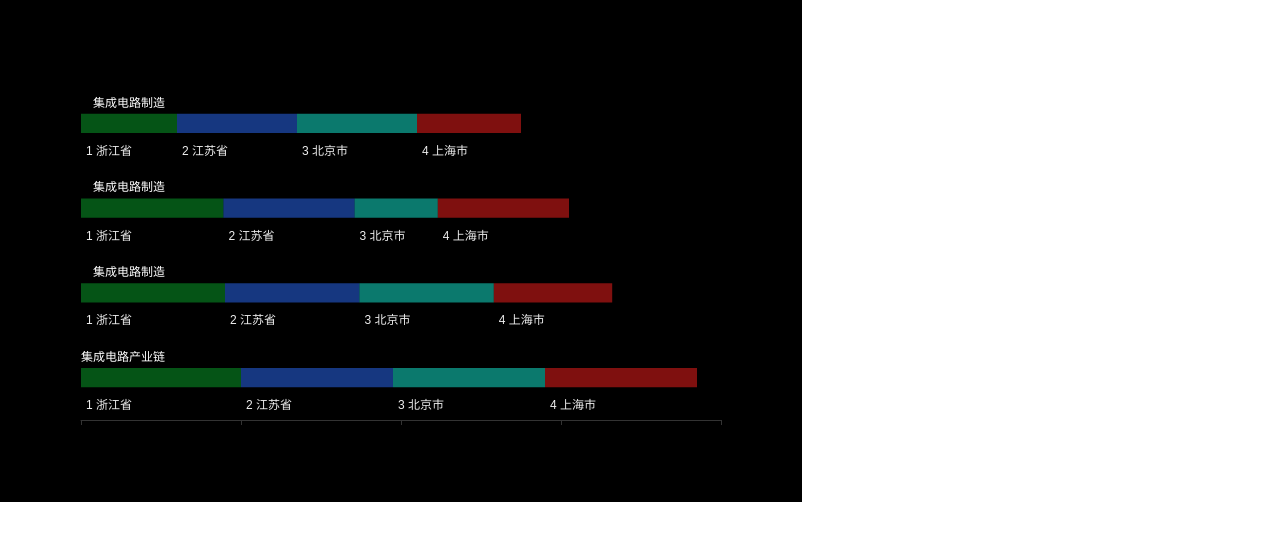
Repository: 572031690/echartproj
Page: /#/test
An editor plug-in stored every save of this project. The page is shown before and after the next save, followed by the edit.
The browser window is 1280 px wide. The pictures show the whole page.
The project was rebuilt for these pictures with package versions that can differ from the ones it lists, and the page was loaded fresh each time. Also part of the build but not shown: vue.config.js, src/components/Seller.vue, src/views/SellerPage.vue, src/utils/theme_utils.js, src/components/Trend.vue, src/views/TrendPage.vue, src/utils/map_utils.js, src/components/Map.vue and 9 more.

Above is the page before, as saved 2021-08-03 11:55:14.

### public/index.html
<!DOCTYPE html>
<html lang="en">
  <head>
    <meta charset="utf-8">
    <meta http-equiv="X-UA-Compatible" content="IE=edge">
    <meta name="viewport" content="width=device-width,initial-scale=1.0">
    <link rel="icon" href="<%= BASE_URL %>favicon.ico">
    <title><%= htmlWebpackPlugin.options.title %></title>
  </head>
  <body>
    <noscript>
      <strong>We're sorry but <%= htmlWebpackPlugin.options.title %> doesn't work properly without JavaScript enabled. Please enable it to continue.</strong>
    </noscript>
    <div id="app"></div>
    <!-- built files will be auto injected -->
    <!-- 一旦通过script标签引入的echarts.js的文件之后呢, window.echarts -->
    <script src="static/lib/echarts.min.js"></script>
    <!-- 引入主题的js文件 -->
    <script src="static/theme/chalk.js"></script>
    <script src="static/theme/vintage.js"></script>
  </body>
</html>

### src/main.js
import Vue from 'vue'
import App from './App.vue'
import router from './router'
import store from './store'
// 引入字体的文件
import './assets/font/iconfont.css'
// 引入全局的样式文件
import './assets/css/global.less'
import axios from 'axios'
import SocketService from './utils/socket_service'

// 调用socket **********
// import SocketService from '@/utils/socket_service'
// 对服务端进行webSocket连接 *********
// SocketService.Instance.connect()
// Vue.prototype.$socket = SocketService.Instance

// 请求基准路径的配置
axios.defaults.baseURL = 'http://127.0.0.1:8888/api/'
// 将axios挂载到Vue的原型对象上
// 在别的组件中 this.$http
Vue.prototype.$http = axios

// 将全局的echarts对象挂载到Vue的原型对象上
// 别的组件中 this.$echarts
Vue.prototype.$echarts = window.echarts

Vue.config.productionTip = false

new Vue({
  router,
  store,
  render: h => h(App)
}).$mount('#app')

### src/App.vue
<template>
  <div id="app">
    <!-- 路由占位符 -->
    <router-view></router-view>
  </div>
</template>

<style lang="less">

</style>

### src/router/index.js
import Vue from 'vue'
import VueRouter from 'vue-router'
import SellerPage from '@/views/SellerPage'
import TrendPage from '@/views/TrendPage'
import MapPage from '@/views/MapPage'
import RankPage from '@/views/RankPage'
import HotPage from '@/views/HotPage'
import StockPage from '@/views/StockPage'
import Test from '../components/Test.vue'
import ScreenPage from '@/views/ScreenPage'

Vue.use(VueRouter)

const routes = [
  {
    path: '/',
    redirect: '/screen'
  },
  {
    path: '/screen',
    component: ScreenPage
  },
  {
    path: '/sellerpage',
    component: SellerPage
  },
  {
    path: '/trendpage',
    component: TrendPage
  },
  {
    path: '/mappage',
    component: MapPage
  },
  {
    path: '/rankpage',
    component: RankPage
  },
  {
    path: '/hotpage',
    component: HotPage
  },
  {
    path: '/stockpage',
    component: StockPage
  },
  {
    path: '/test',
    component: Test
  }

]

const router = new VueRouter({
  routes
})

export default router

### src/store/index.js
import Vue from 'vue'
import Vuex from 'vuex'

Vue.use(Vuex)

export default new Vuex.Store({
  state: {
    theme: 'chalk'
  },
  mutations: {
    changeTheme (state) {
      if(state.theme === 'chalk'){
        state.theme = 'vintage'
      }else{
        state.theme = 'chalk'
      }
    }
  },
  actions: {
  },
  modules: {
  }
})

### src/assets/css/global.less
html, body, #app {
  width: 100%;
  height: 100%;
  padding: 0;
  margin: 0;
  overflow: hidden;
}

.com-page {
  width: 100%;
  height: 100%;
  overflow: hidden;
}

.com-container {
  width: 100%;
  height: 100%;
  overflow: hidden;
  position: relative;
}

.com-chart {
  width: 100%;
  height: 100%;
  overflow: hidden;
}

canvas {
  border-radius: 20px;
}

/*无法选中图片文字方法*/
span,div,img{
  user-select:none;
}

### src/utils/socket_service.js
export default class SocketService {
    // 单例的设计模式
    //如果别人通过get Instance 来的到我的实例对象 那我只会给他返回同一个实例对象
    static instance = null
    static get Instance() {
        if (!this.instance) {
            this.instance = new SocketService()
        }
        return this.instance
    }

    //和服务端连接的socket对象
    ws = null
    //存储回调函数
    callBackMapping = {}
    //定义连接服务器的方法
    connect() {
        //连接服务器
        if (!window.WebSocket) {
            return console.log('你的浏览器不支持WebSocket');
        }
        this.ws = new WebSocket('ws://localhost:9998')

        //连接服务端成功
        this.ws.onopen = () => {
            console.log('连接服务端成功');
        }
        //连接服务端失败
        this.ws.onclose = () => {
            console.log('连接服务端失败');
        }
        //得到服务端发送过来的数据
        this.ws.onmessage = msg => {
            console.log('从服务端获取数据');
            //得到的数据在msg的data里面
            // console.log(msg.data);
            const recvData = JSON.parse(msg.data)
            const socketType = recvData.socketType
            //判断回调函数是否存在
            if(this.callBackMapping[socketType]){
                const action = recvData.action
                if(action === 'getData') {
                    const realData = JSON.parse(recvData.data)
                    this.callBackMapping[socketType]
                }else if( action === 'fullScreen') {

                }else if(action === 'themeChange') {

                }
            }
        }
    }
    //回调函数的注册
    registerCallBack(socketType, callBack) {
        this.callBackMapping[socketType] = callBack
    }
    //取消某一个回调函数
    unRegisterCallBack(socketType) {
        this.callBackMapping[socketType] = null
    }

}

### src/components/Test.vue
<template>
  <div class="line-chart" ref="mybar">
    123
  </div>
</template>

<script>
export default {
  mounted() {
    this.getData()
    this.initChart()
  },
  data() {
    return {
      chartInstance: null,
      seriesData: [100, 120, 140, 90, 90, 80],
      barChart: {
        xAxisData: ['类别1', '类别2', '类别3', '类别4'],
        dataList: []
      },

      chartData1: [
        { rank: 1, name: '浙江省', value: 100 },
        { rank: 1, name: '江苏省', value: 90 },
        { rank: 1, name: '北京市', value: 89 },
        { rank: 1, name: '上海市', value: 60 }
      ],
      chartData2: [
        { rank: 2, name: '浙江省', value: 95 },
        { rank: 2, name: '江苏省', value: 84 },
        { rank: 2, name: '北京市', value: 82 },
        { rank: 2, name: '上海市', value: 75 }

      ],
      chartData3: [
        { rank: 3, name: '浙江省', value: 95 },
        { rank: 3, name: '江苏省', value: 84 },
        { rank: 3, name: '北京市', value: 52 },
        { rank: 3, name: '上海市', value: 75 }

      ],
      chartData4: [
        { rank: 4, name: '浙江省', value: 95 },
        { rank: 4, name: '江苏省', value: 74 },
        { rank: 4, name: '北京市', value: 82 },
        { rank: 4, name: '上海市', value: 65 }

      ],
      chartData5: [
        { rank: 5, name: '浙江省', value: 85.5 },
        { rank: 5, name: '江苏省', value: 44 },
        { rank: 5, name: '北京市', value: 72 },
        { rank: 5, name: '上海市', value: 75 }

      ],
      yAxisData: ['集成电路产业链', '集成电路制造', '集成电路制造', '集成电路制造']
    }
  },
  methods: {
    initChart() {
      const colorArr1 = [
        'rgba(11, 168, 44, 0.5)',
        'rgba(44, 110, 255, 0.5)',
        'rgba(22, 242, 217, 0.5)',
        'rgba(254, 33, 30, 0.5)',
        'rgba(250, 105, 0, 0.5)'
      ]
      const ChartsData = [
        {
          name: '第一列',
          data: this.chartData1
        },
        {
          name: '第一列',
          data: this.chartData2
        },
        {
          name: '第一列',
          data: this.chartData3
        },
        {
          name: '第一列',
          data: this.chartData4
        },
        {
          name: '第一列',
          data: this.chartData5
        }
      ]
      var serises = ChartsData.map((item, index) => {
        if (item.data[index]) {
          return {
            name: item.data[index].name,
            stack: '类1',
            barWidth: '23%', // 宽度
            itemStyle: {
              color: arg => {
                return colorArr1[arg.componentIndex]
              },
              emphasis: {
                borderWidth: 5,
                borderType: 'solid',
                borderColor: colorArr1[index]
              }
            },
            data: [item.data[0].value, item.data[1].value, item.data[2].value, item.data[3].value],
            type: 'bar',
            label: {
              show: true,
              position: [5, 32],
              textStyle: {
                color: '#eee',
                fontSize: 12
              },
              formatter: arg => {
                return arg.seriesIndex + 1 + ' ' + item.data[index].name
              }
            }
            // itemStyle: {
            //   normal: {
            //     color: 'red'
            //   },
            //   emphasis: {
            //     borderWidth: 5,
            //     borderType: 'solid',
            //     borderColor: 'red'
            //   }
            // }
          }
        }
      })
      // console.log(serises)
      const chartInstance = this.$echarts.init(this.$refs.mybar)
      const option = {
        tooltip: {
          formatter: arg => {
            console.log(arg, '1111111111')
            return arg.seriesName + ' ' + arg.value
          }
        },
        grid: [
          {
            top: 80,
            bottom: 81
          }
        ],
        xAxis: [
          {
            type: 'value',
            // gridIndex: 0,
            axisLabel: {
              // 刻度标签文字
              show: false
            },
            splitLine: {
              show: false
              // x轴横线

            },
            axisLine: {
              // 设置轴线
              show: true
            },
            axisTick: {
              show: true // 是否显示坐标轴刻度。
            }
          }
        ],
        yAxis: [
          {
            type: 'category',
            data: this.yAxisData,
            // gridIndex: 0, // x 轴所在的 grid 的索引，默认位于第一个 grid。
            axisLabel: {
              color: '#fff', // 刻度标签文字的颜色
              padding: [0, 0, 40, 0]
            },
            offset: -92,
            axisLine: {
              onZero: false,
              // 设置轴线
              show: false
            },
            axisTick: {
              show: false // 是否显示坐标轴刻度。
            }
          }
        ],
        series: serises
        // series: [
        //   {
        //     name: '111',
        //     rank: 1,
        //     stack: '类1',
        //     barWidth: '30%', // 宽度
        //     itemStyle: {
        //       color: '#3366cc'
        //     },
        //     data: [50, 25, 68, 45],
        //     type: 'bar',
        //     label: {
        //       show: true,
        //       position: [5, 24],
        //       textStyle: {
        //         color: '#eee',
        //         fontSize: 12
        //       },
        //       formatter: arg => {
        //         console.log(arg)
        //         return this.seriesData[arg.dataIndex]
        //       }
        //     }
        //   }
        //   {
        //     label: {
        //       show: true,
        //       position: [5, 24],
        //       textStyle: {
        //         color: '#eee',
        //         fontSize: 12
        //       },
        //       formatter: arg => {
        //         console.log(arg)
        //         return this.seriesData[arg.dataIndex]
        //       }
        //     },
        //     stack: '类1',
        //     xAxisIndex: 0,
        //     barWidth: '30%', // 宽度
        //     itemStyle: {
        //       color: '#33ccff'
        //     },
        //     data: [51, 78, 65, 42],
        //     type: 'bar'
        //   }
        // ]
      }
      chartInstance.setOption(option)
    },
    getData() {
      let sum = 0
      this.seriesData.forEach(item => (sum += item))
      const aver = sum / this.seriesData.length
      // console.log(aver)
      this.barChart.dataList[0] = this.seriesData.map(item => {
        if (item > aver) return item - aver
        else return 0
      })
      this.barChart.dataList[1] = this.seriesData.map(item => {
        if (item > aver) return aver
        else return item
      })
      // console.log(this.barChart.dataList)
    }
  }
}
</script>

<style>
.line-chart {
  width: 800px;
  height: 500px;
  border: 1px solid black;
  background: #000;
}
</style>

Loaded but not shown: src/assets/font/iconfont.css (common file); public/static/lib/echarts.min.js (library); public/static/theme/chalk.js (521 lines, source omitted); public/static/theme/vintage.js (521 lines, source omitted)

After the next save:
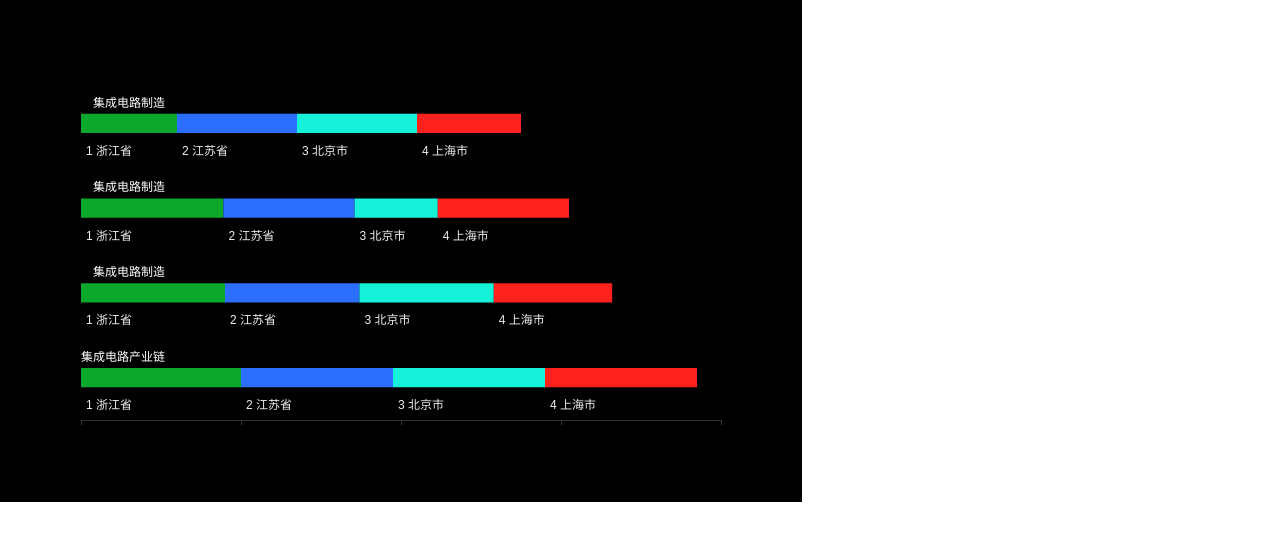
Saved 20 s later.
--- a/src/components/Test.vue
+++ b/src/components/Test.vue
@@ -59,11 +59,11 @@ export default {
   methods: {
     initChart() {
       const colorArr1 = [
-        'rgba(11, 168, 44, 0.5)',
-        'rgba(44, 110, 255, 0.5)',
-        'rgba(22, 242, 217, 0.5)',
-        'rgba(254, 33, 30, 0.5)',
-        'rgba(250, 105, 0, 0.5)'
+        'rgba(11, 168, 44)',
+        'rgba(44, 110, 255)',
+        'rgba(22, 242, 217)',
+        'rgba(254, 33, 30)',
+        'rgba(250, 105, 0)'
       ]
       const ChartsData = [
         {
